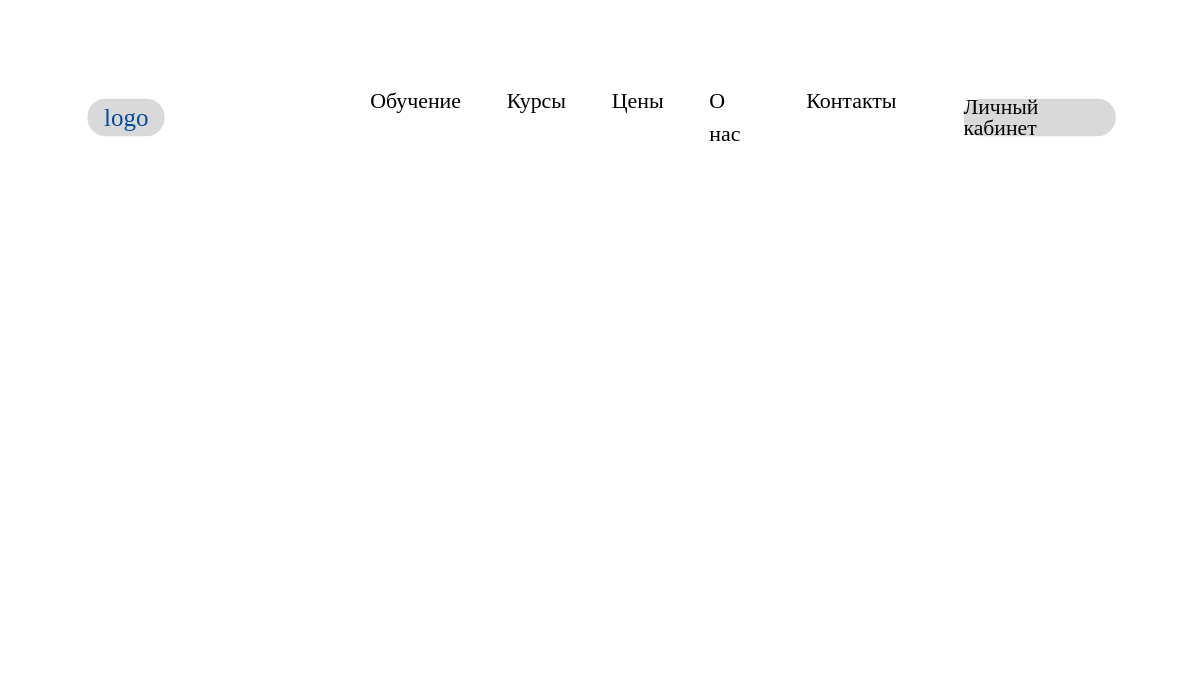
Repository: marjango/course
Page: /auth/profile
The author's editor kept a copy of each file at every save. The page is drawn from the files as they stood at one save, then again after the next save.
The browser window is 1280 px wide. The pictures show the whole page, at 94% of full size.
The project was rebuilt for these pictures with package versions that can differ from the ones it lists, and the page was loaded fresh each time. The framework's server and built-in components were replaced by stand-ins that run in the browser. Also part of the build but not shown: next.config.ts.

Above is the page before, as saved 2025-03-27 17:25:28.

After the next save:
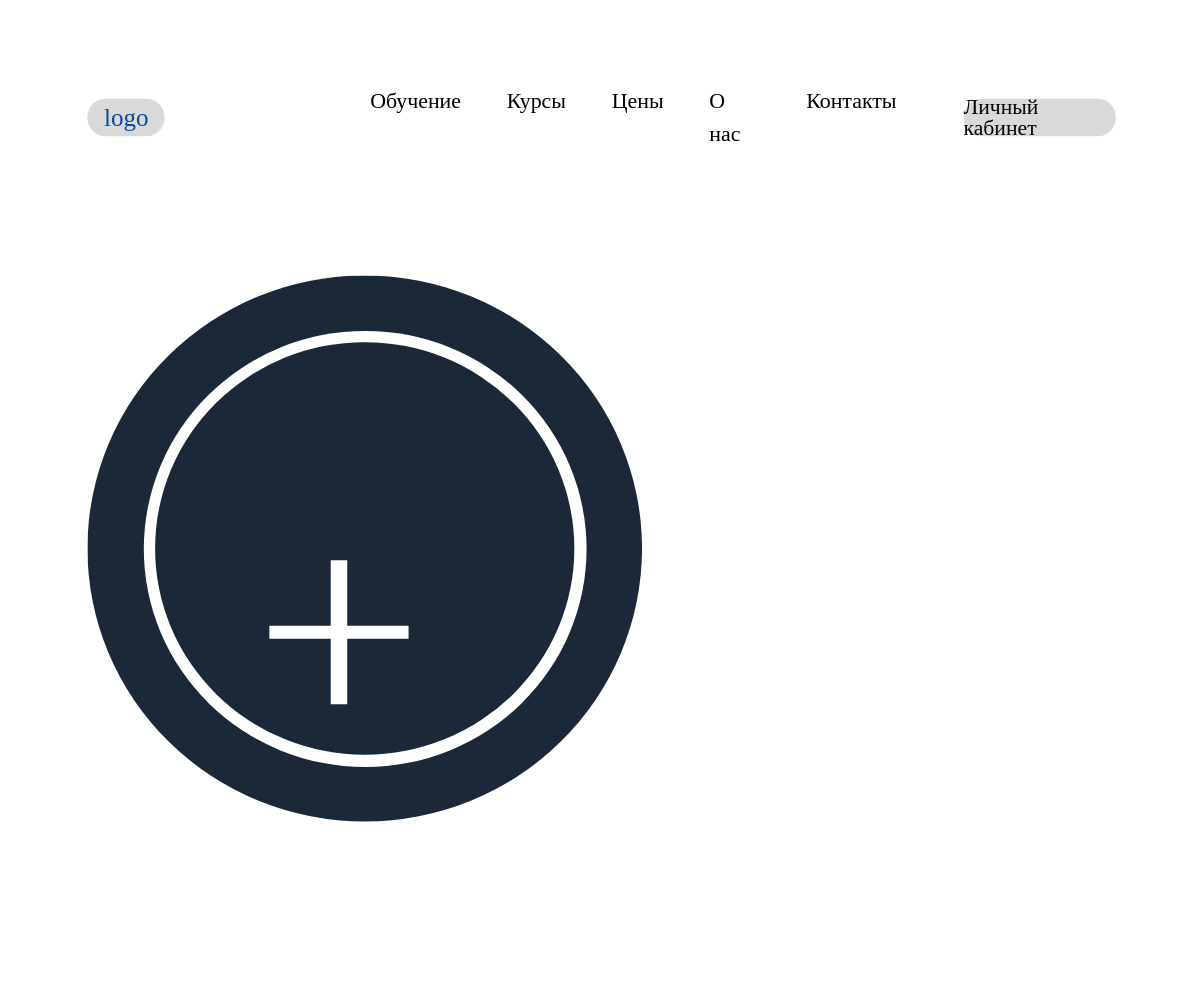
Saved 13 s later.
--- a/app/[auth]/profile/page.tsx
+++ b/app/[auth]/profile/page.tsx
@@ -26,7 +26,9 @@ const profile = () => {
           </Link>
         </div>
         <div className={s.profile}>
+            <Image src={photo} alt="photo">
 
+            </Image>
         </div>
       </div>
     </>
